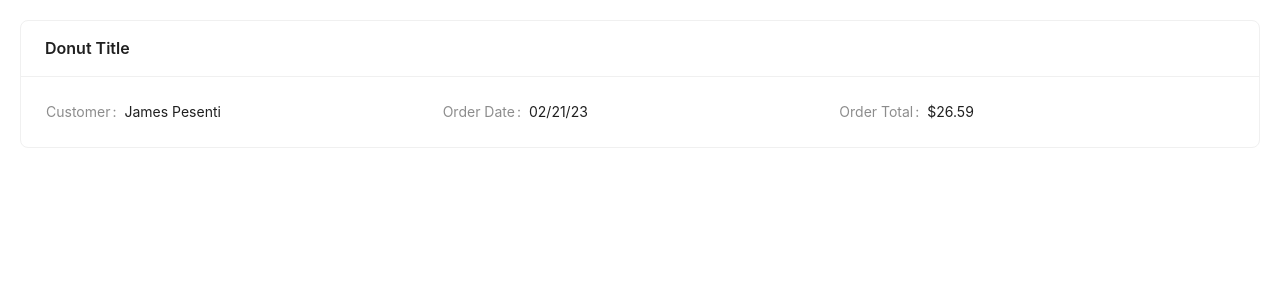
Repository: JamesPesenti/DonutShopDashboard
Page: /menu/create
The author's editor kept a copy of each file at every save. The page is drawn from the files as they stood at one save, then again after the next save.
The browser window is 1280 px wide. The pictures show the whole page.
The project was rebuilt for these pictures with package versions that can differ from the ones it lists, and the page was loaded fresh each time.

Above is the page before, as saved 2023-03-22 13:35:09.

### src/App.js
import { Card, Descriptions, Divider, List, Button } from "antd"
import donuts from "../src/data/donuts"

function App() {
  return (
    <>
      <Card style={{ margin: 20 }} title={"Donut Title"}>
        <Descriptions>
          <Descriptions.Item label="Customer">
            James Pesenti
          </Descriptions.Item>
          <Descriptions.Item label="Order Date">
            02/21/23
          </Descriptions.Item>
          <Descriptions.Item label="Order Total">
            $26.59
          </Descriptions.Item>
        </Descriptions>
      </Card>
    </>
  );
}

export default App;

### src/data/donuts.js
export default [
    {
        flavor: "Lemon Ricotta",
        image: "https://t3.ftcdn.net/jpg/04/90/71/94/240_F_490719448_y4LhTnor5VL2gk9DYhwIw3ZRcZQ1beeD.jpg",
        price: 3.20,
        avgRating: 4.8,
        calories: 190,
        descriptiion: "Made with fresh ricotta and lemon zest",
    },
    {
        flavor: "Famous Glazed",
        image: "https://t3.ftcdn.net/jpg/00/70/16/96/240_F_70169698_gr2Xm6hqPIFLC2kAsjOVRATbBLVDZLn5.jpg",
        price: 2.55,
        avgRating: 4.7,
        calories: 242,
        descriptiion: "Our famous, made fresh everyday glazed",
    },
    {
        flavor: "Strawberry",
        image: "https://t3.ftcdn.net/jpg/00/20/33/94/240_F_20339434_0DNEcWb7vTsrpw1g2tSHmrFc3Fh5G9C6.jpg",
        price: 3.10,
        avgRating: 4.6,
        calories: 189,
        descriptiion: "Made with organic strawberries from florida",
    },
    {
        flavor: "Chocolate",
        image: "https://t3.ftcdn.net/jpg/02/54/64/44/240_F_254644452_0dCYufJiJP5Aw3LxX8x0hzlicqYsb5HR.jpg",
        price: 3.20,
        avgRating: 4.7,
        calories: 297,
        descriptiion: "Tastes like a slice of chocolate cake!",
    },
]

Loaded but not shown: public/index.html (common file); src/index.js (common file); src/index.css (common file)

After the next save:
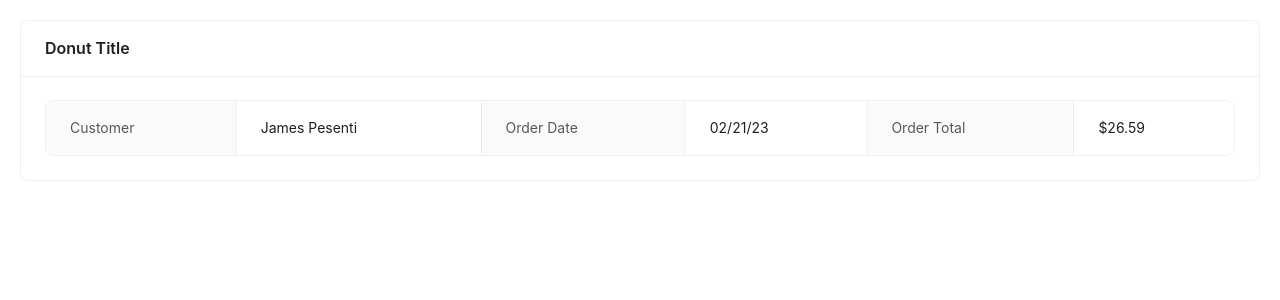
Saved 68 s later.
--- a/src/App.js
+++ b/src/App.js
@@ -5,7 +5,7 @@ function App() {
   return (
     <>
       <Card style={{ margin: 20 }} title={"Donut Title"}>
-        <Descriptions>
+        <Descriptions bordered>
           <Descriptions.Item label="Customer">
             James Pesenti
           </Descriptions.Item>
